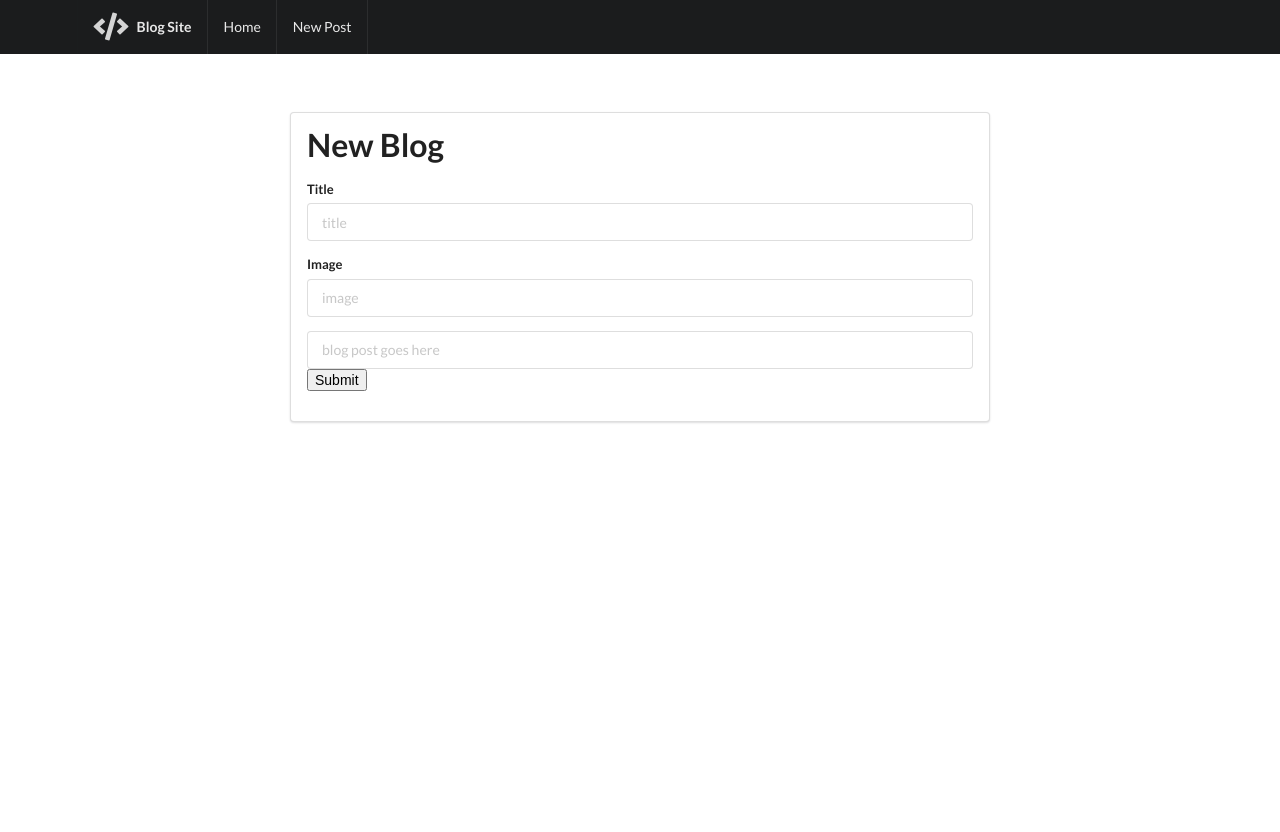
Repository: Frosslund/WebDevBootcampColtSteele
Page: http://localhost/blogs/new
The author's editor kept a record of every edit. The page is drawn from the files as they stood at one moment, then again after the next edit.
The browser window is 1280 px wide. The pictures show the whole page.
The page is served by the project's Node server (RESTfulRouting/RESTfulBlogApp/app.js).

Above is the page before.

After the next edit:
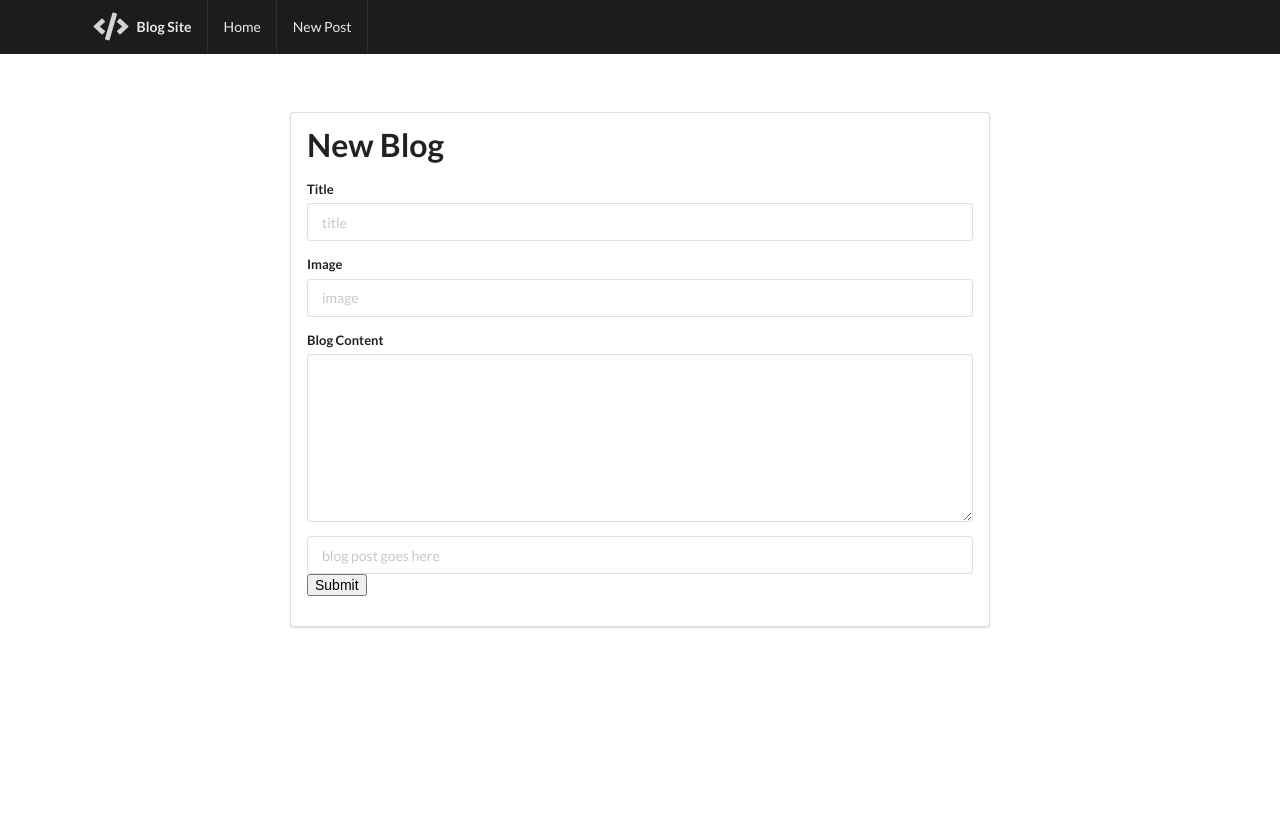
The edit:
--- a/RESTfulRouting/RESTfulBlogApp/views/new.ejs
+++ b/RESTfulRouting/RESTfulBlogApp/views/new.ejs
@@ -12,7 +12,8 @@
             <input type="text" name="blog[image]" placeholder="image">
         </div>
         <div class="field">
-
+            <label>Blog Content</label>
+            <textarea name="blog[body]"></textarea>
         </div>
 
         <input type="text" name="blog[body]" placeholder="blog post goes here">
